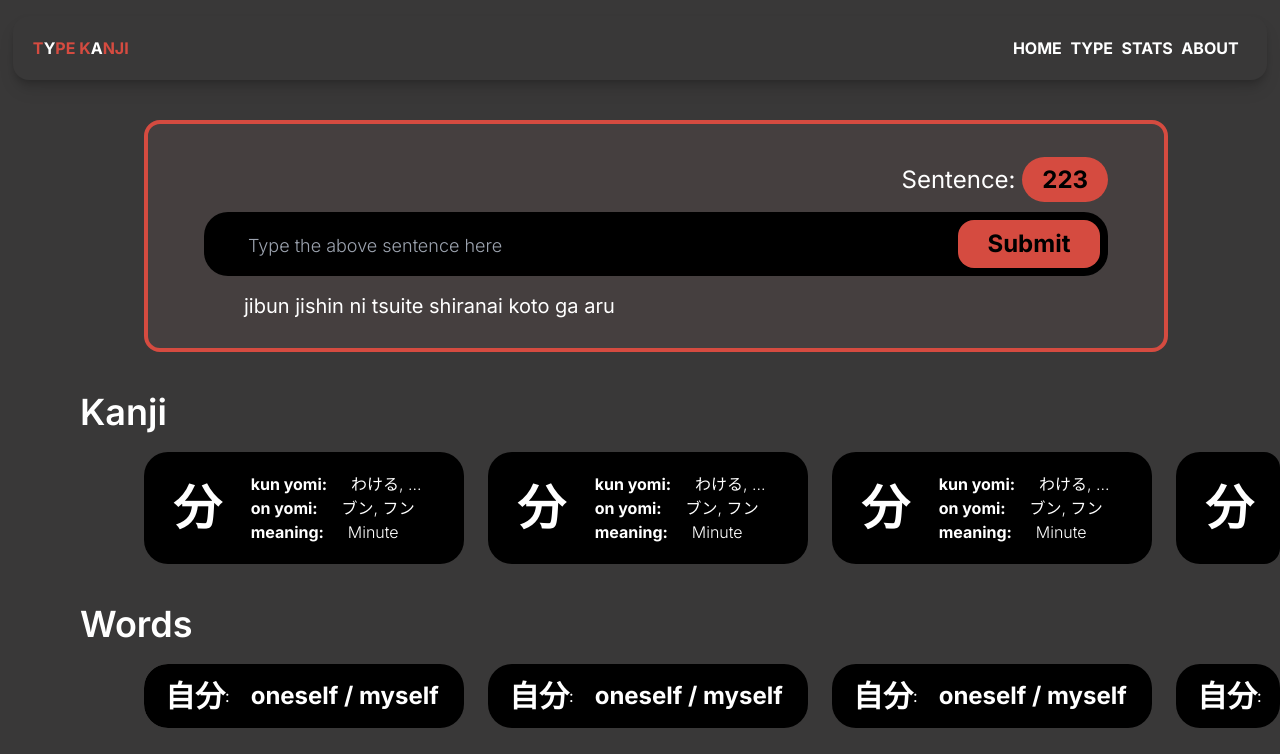
Repository: theUnrealSamurai/kanjikyoushi-frontend
Page: /practice (app in type-kanji/)
An editor plug-in stored every save of this project. The page is shown before and after a run of saves, followed by the edit.
The browser window is 1280 px wide. The pictures show the whole page.
The page's requests for data from a server got no answer. The project was rebuilt for these pictures with package versions that can differ from the ones it lists, and the page was loaded fresh each time. The framework's server and built-in components were replaced by stand-ins that run in the browser. No one was signed in, and anything a server would have sent is missing. Also part of the build but not shown: type-kanji/next.config.mjs.

Above is the page before, as saved 2024-09-02 14:44:47.

After the next 4 saves:
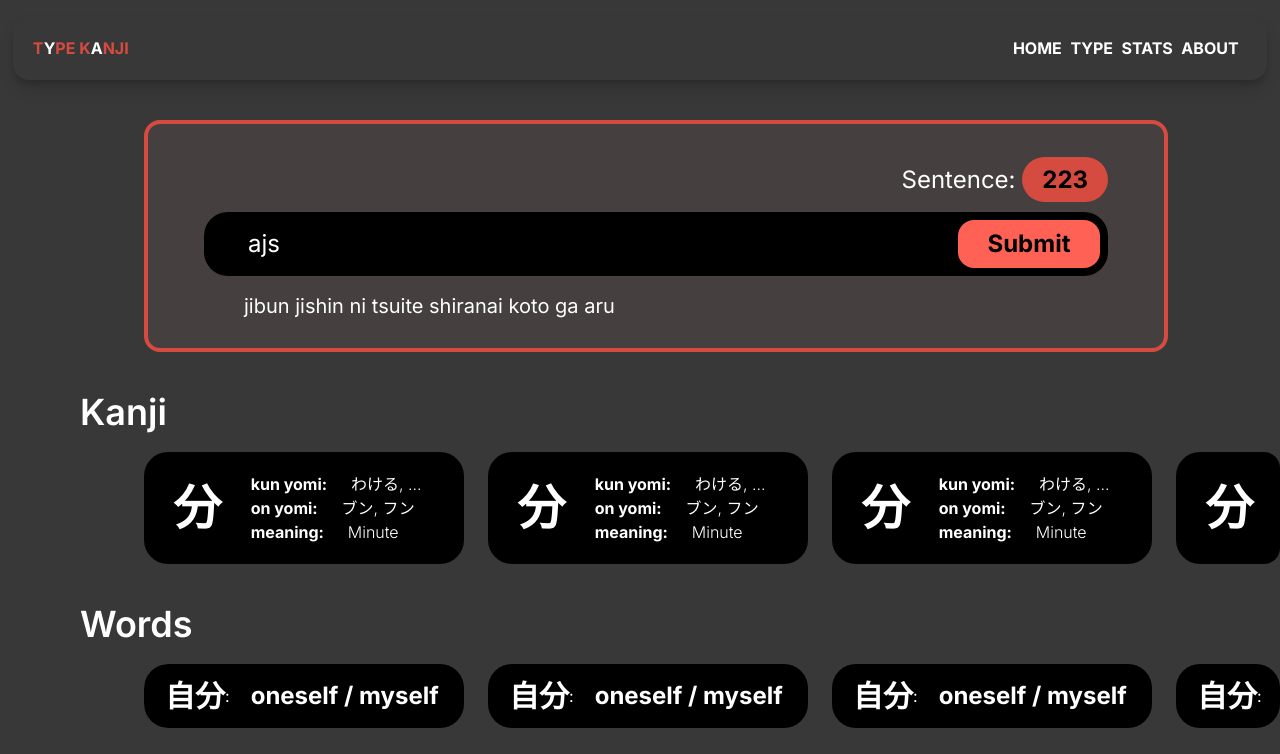
The 4 saves are shown as one change because 1 did not build or start and some came seconds apart.
The last was saved 36 s later.
--- a/type-kanji/app/(dashboard)/practice/page.js
+++ b/type-kanji/app/(dashboard)/practice/page.js
@@ -77,7 +77,7 @@ export default function Practice() {
           <p className="font-light mt-2">{translation}</p>
         </div>
         <div className="mb-4">
-          <Input expected={sentence} onClick={HandleSubmit} />
+          <Input expected={sentence} onClick={HandleSubmit} value={"ajs"} />
         </div>
         <div className="ml-10">
           <p className="text-xl font-normal">
